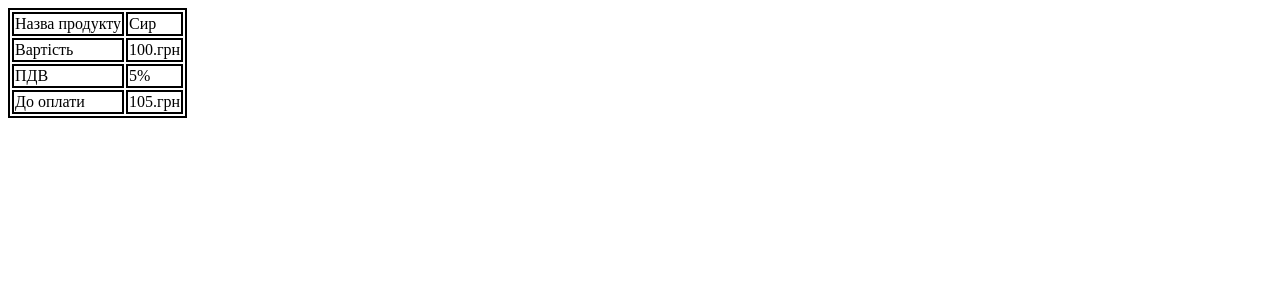
Repository: AnatoliyZaporozhets/HomeTask
Page: / (app in HomeWork_1/)
An editor plug-in stored every save of this project. The page is shown before and after the next save, followed by the edit.
The browser window is 1280 px wide. The pictures show the whole page.
The project was rebuilt for these pictures with package versions that can differ from the ones it lists, and the page was loaded fresh each time.

Above is the page before, as saved 2022-04-08 15:59:39.

### HomeWork_1/src/App.vue
<template>
  <div>
    <!-- <img alt="Vue logo" src="./assets/logo.png" /> -->
    <!-- 3. Використовуємо -->
    <products-list :product-list-data="listData" />
  </div>
</template>

<script>
//1.Імпортуємо компонент
import ProductsList from './components/ProductsList'
export default {
  name: 'App',
  components: {
    //2.Реєструємо
    ProductsList,
  },

  data() {
    return {
      listData: [
        {
          id: 1,
          productName: 'Сир',
          price: 100,

        },
      ],
    }
  },
}
</script>

<style>
/* #app {
  font-family: Avenir, Helvetica, Arial, sans-serif;
  -webkit-font-smoothing: antialiased;
  -moz-osx-font-smoothing: grayscale;
  text-align: center;
  color: #2c3e50;
  margin-top: 60px;
} */
</style>

### HomeWork_1/src/components/ProductsList/index.vue
<template>
  <div class="list-container">
    <product-card
      v-for="product in productListData"
      :key="product.id"
      :productName="product.productName"
      :price="product.price"
      :pdv="product.pdv"
    />
  </div>
</template>

<script>
import ProductCard from './ProductCard'
export default {
  name: 'ProductList',

  components: {
    ProductCard,
  },

  props: {
    productListData: {
      type: Array,
      default: () => [], //Якщо об"єкт - то функція, що повертає значення
    },
  },
}
</script>

<style lang="css" scoped>
.list-container {
  display: flex;
}
</style>

### HomeWork_1/src/components/ProductsList/ProductCard/index.vue
<template>
  <div class="container">
    <table>
        <tr>
            <td>Назва продукту</td>
            <td>{{productName}}</td>
        </tr>
        <tr>
            <td>Вартість</td>
            <td>{{price}}.грн</td>
        </tr>
        <tr>
            <td>ПДВ</td>
            <td>{{pdv}}%</td>
        </tr>
        <tr>
            <td>До оплати</td>
            <td>{{ (price*((100+pdv)/100))}}.грн</td>
        </tr>
    </table>
  </div>
</template>

<script>
export default {
  name: 'ProductCard',

  props: {
    productName: {
      type: String,
      required: true,
    },
    price: {
      type: Number,
      required: true,
    },
    pdv: {
      type: Number,
      default: 5, //Обов"язковий параметр
    },
  },
}
</script>

<style lang="css" scoped>
.container{
    border: 2px solid black;
}
td{
  border: 2px solid black;
}
</style>

Loaded but not shown: HomeWork_1/public/index.html (common file); HomeWork_1/src/main.js (common file)

After the next save:
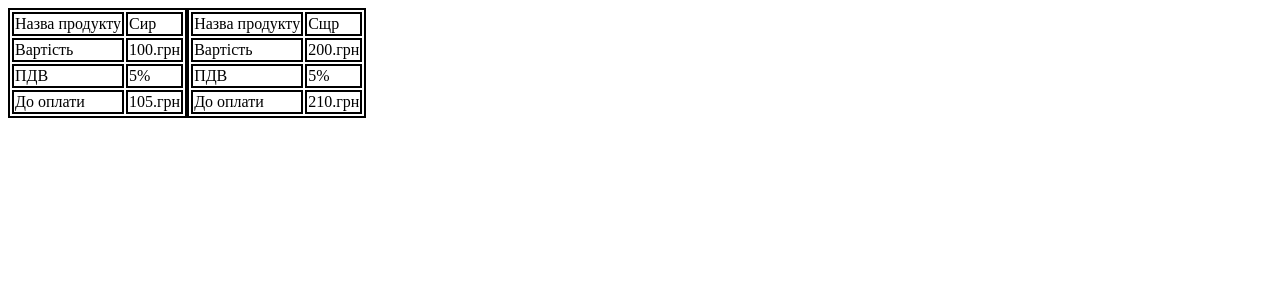
Saved 9 min 21 s later.
--- a/HomeWork_1/src/App.vue
+++ b/HomeWork_1/src/App.vue
@@ -25,6 +25,12 @@ export default {
           price: 100,
 
         },
+        {
+          id: 2,
+          productName: 'Сщр',
+          price:200,
+
+        },
       ],
     }
   },
